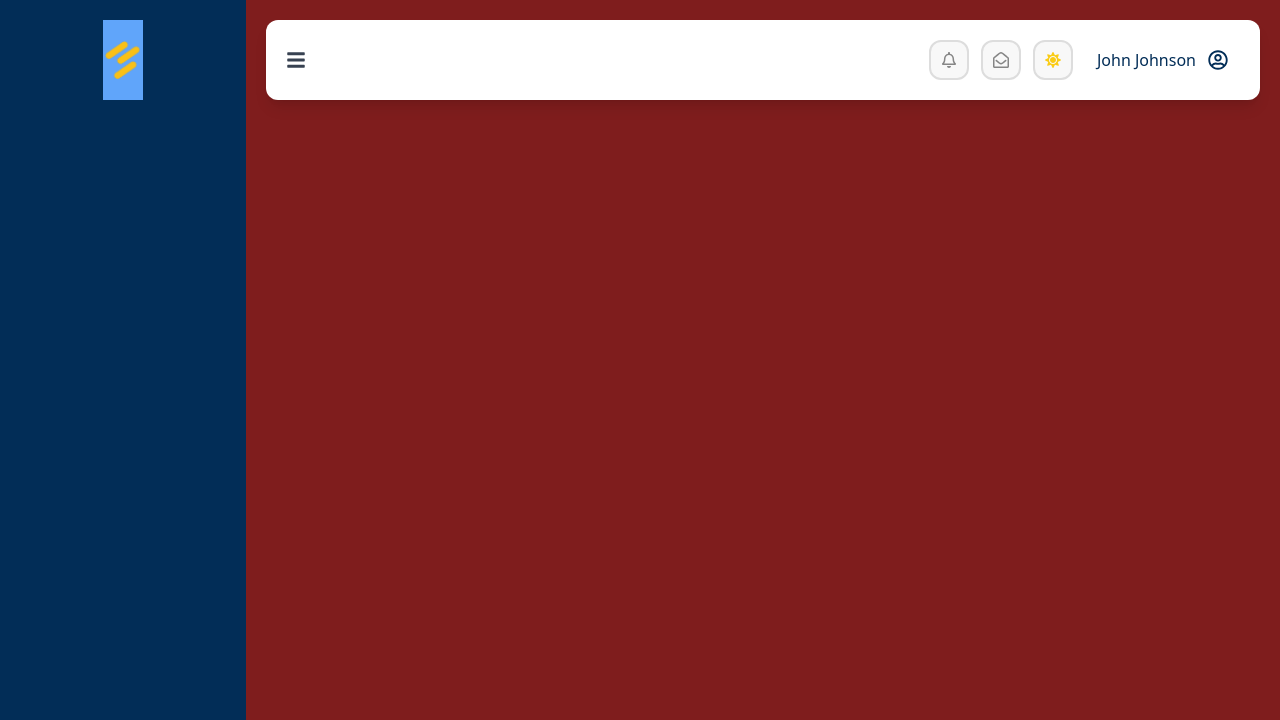
Repository: farrelmuhammad/redesign-bo
Page: /
An editor plug-in stored every save of this project. The page is shown before and after the next save, followed by the edit.
The browser window is 1280 px wide. The pictures show the whole page.
The project was rebuilt for these pictures with package versions that can differ from the ones it lists, and the page was loaded fresh each time. Also part of the build but not shown: src/App.css.

Above is the page before, as saved 2024-03-02 19:36:34.

After the next save:
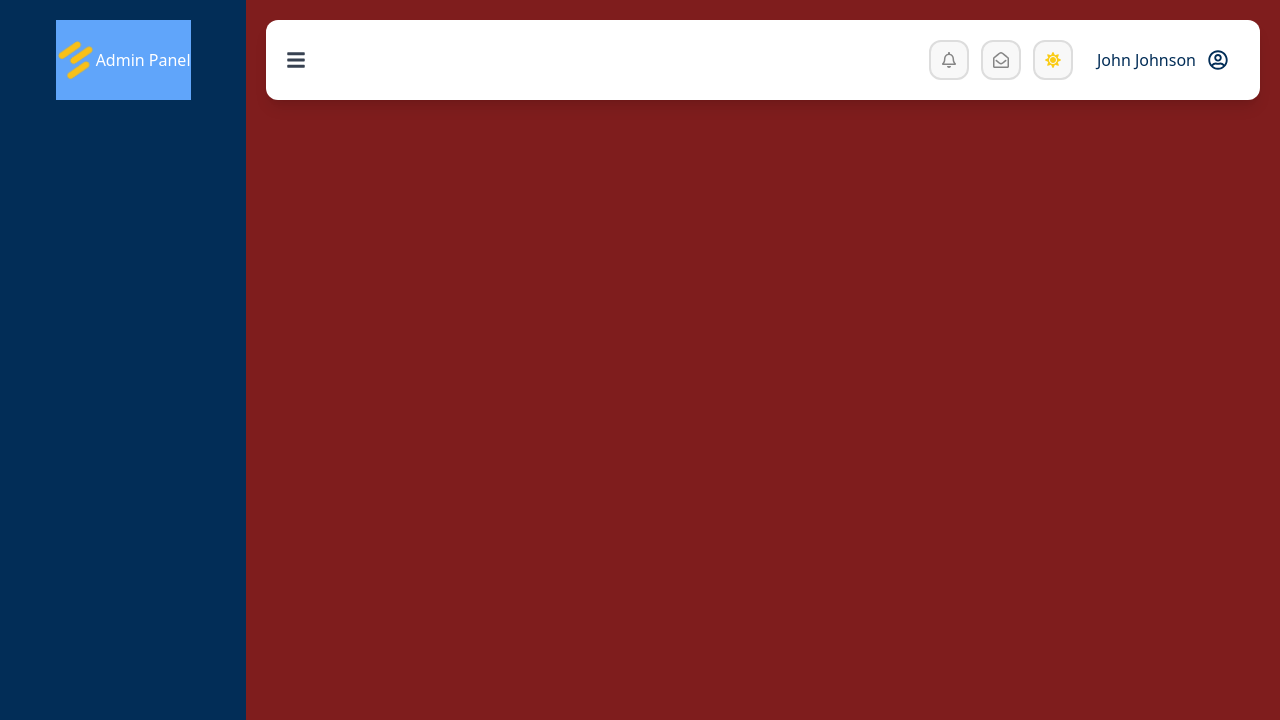
Saved 26 s later.
--- a/src/components/Sidebar.tsx
+++ b/src/components/Sidebar.tsx
@@ -6,6 +6,7 @@ const Sidebar = () => {
     <aside className='flex flex-col h-full w-1/4 justify-start items-center bg-[#022D57] py-5'>
         <div className="flex flex-row h-20 justify-start items-center bg-blue-400">
             <img className="h-10 w-10" src={Logo} alt="" />
+            <h1 className=''>Admin Panel</h1>
         </div>
     </aside>
   )
